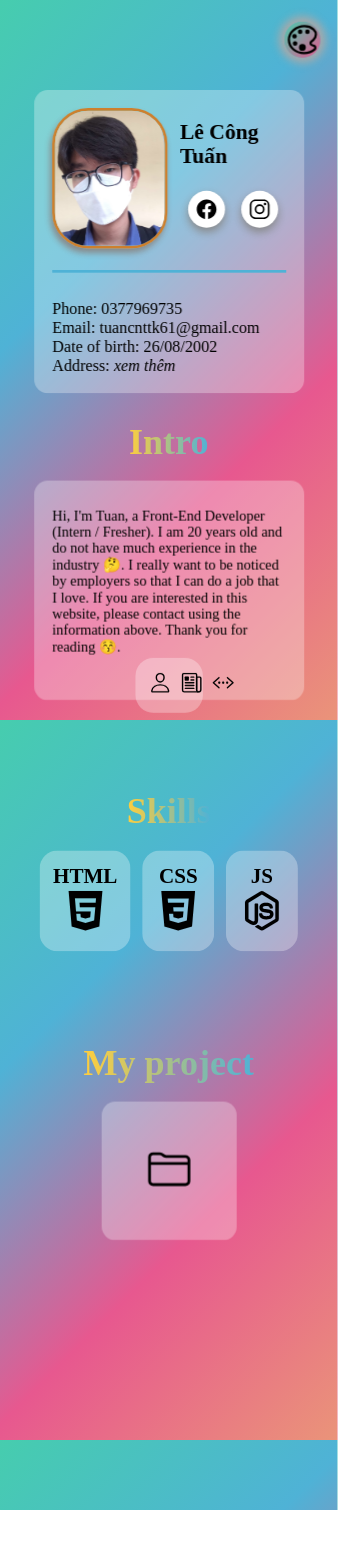
Repository: LeCongTuan2608/Profile
Page: index.html
An editor plug-in stored every save of this project. The page is shown before and after the next save, followed by the edit.
The browser window is 375 px wide. The pictures show the whole page, at 90% of full size.
Backgrounds fixed to the window are drawn as part of the page. The style sheet was rebuilt from its Sass, Less or Tailwind sources for each picture, by a compiler version that may differ from the author's.

Above is the page before, as saved 2022-05-05 12:35:13.

### index.html
<!DOCTYPE html>
<html lang="en">
   <head>
      <meta charset="UTF-8" />
      <meta http-equiv="X-UA-Compatible" content="IE=edge" />
      <meta name="viewport" content="width=device-width, initial-scale=1.0" />

      <script type="module" src="https://unpkg.com/ionicons@5.5.2/dist/ionicons/ionicons.esm.js"></script>
      <script nomodule src="https://unpkg.com/ionicons@5.5.2/dist/ionicons/ionicons.js"></script>

      <link rel="preconnect" href="https://fonts.googleapis.com" />
      <link rel="preconnect" href="https://fonts.gstatic.com" crossorigin />
      <link href="https://fonts.googleapis.com/css2?family=Pacifico&display=swap" rel="stylesheet" />

      <link href="https://unpkg.com/aos@2.3.1/dist/aos.css" rel="stylesheet" />
      <script src="https://unpkg.com/aos@2.3.1/dist/aos.js"></script>

      <link rel="stylesheet" href="./sass/css/style.css" />
      <title>Profile</title>
   </head>
   <body>
      <div class="container">
         <div class="palette">
            <ion-icon name="color-palette-outline"></ion-icon>
            <div class="list-color">
               <ul>
                  <li class="bgr-color"></li>
                  <li class="bgr-color"></li>
                  <li class="bgr-color"></li>
               </ul>
            </div>
         </div>

         <div class="contents">
            <div data-aos="flip-left" data-aos-duration="1500">
               <div class="card-info">
                  <div class="personal-information">
                     <div class="image">
                        <div class="user-image">
                           <img src="./images/1.JPG" alt="" />
                        </div>
                        <div class="user-intro">
                           <h2>Lê Công Tuấn</h2>
                           <div class="user-intro-navigation">
                              <div class="navigation-fb">
                                 <a href="https://www.facebook.com/profile.php?id=100026041985048"
                                    ><ion-icon name="logo-facebook"></ion-icon
                                 ></a>
                                 <span>facebook</span>
                              </div>
                              <div class="navigation-ins">
                                 <a href="https://www.instagram.com/tuanle2608/"
                                    ><ion-icon name="logo-instagram"></ion-icon
                                 ></a>
                                 <span>instagram</span>
                              </div>
                           </div>
                        </div>
                     </div>
                     <div class="contact">
                        <div class="contact-info">
                           <span>Phone: 0377969735</span>
                           <span>Email: tuancnttk61@gmail.com</span>
                        </div>
                        <div class="contact-info">
                           <span>Date of birth: 26/08/2002</span>
                           <span>Address: <i id="see">xem thêm</i></span>
                        </div>
                     </div>
                  </div>
               </div>
            </div>
            <div class="card-intro">
               <div class="intro-yourself">
                  <div class="title">
                     <div data-aos="fade-up" data-aos-duration="1000">
                        <h1>Intro</h1>
                     </div>
                  </div>
                  <div data-aos="flip-down" data-aos-duration="1000">
                     <div class="intro-content">
                        <p>
                           Hi, I'm Tuan, a Front-End Developer (Intern / Fresher). I am 20 years old and do not have
                           much experience in the industry 🤔. I really want to be noticed by employers so that I can do
                           a job that I love. If you are interested in this website, please contact using the
                           information above. Thank you for reading 😚.
                        </p>
                     </div>
                  </div>
               </div>

               <div class="my-skills">
                  <div class="title">
                     <div data-aos="fade-down" data-aos-easing="linear" data-aos-duration="300">
                        <h1>Skills</h1>
                     </div>
                  </div>
                  <div class="skills-content">
                     <div class="list-skills">
                        <div data-aos="fade-right">
                           <h3>HTML</h3>
                           <ion-icon name="logo-html5"></ion-icon>
                        </div>

                        <div data-aos="fade-down">
                           <h3>CSS</h3>
                           <ion-icon name="logo-css3"></ion-icon>
                        </div>

                        <div data-aos="fade-left">
                           <h3>JS</h3>
                           <ion-icon name="logo-nodejs"></ion-icon>
                        </div>
                     </div>
                  </div>
               </div>

               <div class="my-project">
                  <div class="title">
                     <div data-aos="fade-up" data-aos-anchor-placement="bottom-bottom">
                        <h1>My project</h1>
                     </div>
                  </div>
                  <div class="project-box">
                     <div data-aos="zoom-in">
                        <div class="box">
                           <ion-icon name="folder-outline"></ion-icon>
                        </div>
                     </div>
                  </div>
               </div>
            </div>
         </div>

         <div class="box-container">
            <div class="list-project">
               <div class="close">
                  <ion-icon name="close-circle-outline"></ion-icon>
               </div>

               <ul>
                  <li>
                     <a href="https://lecongtuan2608.github.io/Youtube/">https://lecongtuan2608.github.io/Youtube/</a>
                  </li>
                  <li><a href="https://lecongtuan2608.github.io/music/">https://lecongtuan2608.github.io/music/</a></li>
               </ul>
            </div>
         </div>
         <div class="toolbar">
            <div class="tollbar-list">
               <ul>
                  <li><ion-icon name="person-outline"></ion-icon></li>
                  <li><ion-icon name="newspaper-outline"></ion-icon></li>
                  <li><ion-icon name="code-working-outline"></ion-icon></li>
               </ul>
            </div>
         </div>
      </div>
   </body>
   <script>
      AOS.init();
   </script>
   <script src="./js/app.js"></script>
</html>

### js/app.js
const open_project = document.querySelector('.box');
const box_container = document.querySelector('.box-container');
const close_box = document.querySelector('.close');
const list_project = document.querySelector('.list-project');
open_project.addEventListener('click', function () {
   box_container.classList.add('open');
});
close_box.addEventListener('click', function () {
   box_container.classList.remove('open');
});
box_container.addEventListener('click', function () {
   box_container.classList.remove('open');
});
list_project.addEventListener('click', function (event) {
   event.stopPropagation();
});

const palette = document.querySelector('.palette');
var bgr_colors = document.querySelectorAll('.bgr-color');
const container = document.querySelector('.container');
const text_colors = document.querySelectorAll('.title h1');
function bgr_change() {
   for (let i = 0; i < bgr_colors.length; i++) {
      bgr_colors[i].addEventListener('click', function () {
         bgr_colors = i;
         if (bgr_colors == 0) {
            for (let text_color of text_colors) {
               text_color.classList.remove('text-color-2');
               text_color.classList.remove('text-color-3');
               text_color.classList.add('text-color-1');
            }
            container.classList.remove('bgr-color-2');
            container.classList.remove('bgr-color-3');
            container.classList.add('bgr-color-1');
         } else if (bgr_colors == 1) {
            for (let text_color of text_colors) {
               text_color.classList.remove('text-color-1');
               text_color.classList.remove('text-color-3');
               text_color.classList.add('text-color-2');
            }
            container.classList.remove('bgr-color-1');
            container.classList.remove('bgr-color-3');
            container.classList.add('bgr-color-2');
         } else if (bgr_colors == 2) {
            for (let text_color of text_colors) {
               text_color.classList.remove('text-color-1');
               text_color.classList.remove('text-color-2');
               text_color.classList.add('text-color-3');
            }
            container.classList.remove('bgr-color-1');
            container.classList.remove('bgr-color-2');
            container.classList.add('bgr-color-3');
         }
      });
   }
}
bgr_change();

### sass/style.scss
*{
    margin: 0;
    padding: 0;
}
html{
    width: 100%;
    height: 100%;
    padding: 0;
    margin: 0;
    font-family: 'Fredoka One', cursive;

}
body{
    width: 100%;
    height: auto;

}
.container{
    padding-top: 100px;
    padding-bottom: 200px;
    width: 100%;
    height: auto;
    position: relative;
    background-image: linear-gradient(-45deg, #ea9479, #e7588f, #4fb2d6, #46cdae);
    background-attachment: fixed;
}
.bgr-color-1{
    background-image: linear-gradient(90deg, #74EBD5 0%, #9FACE6 100%);
    background-attachment: fixed;
}
.bgr-color-2{
    background-image: linear-gradient(to right, #eea2a2 0%, #bbc1bf 19%, #57c6e1 42%, #b49fda 79%, #7ac5d8 100%);
    background-attachment: fixed;
}
.bgr-color-3{
    background-image: linear-gradient(to top, #88d3ce 0%, #6e45e2 100%);
    background-attachment: fixed;
}
.palette{
    position: fixed;
    top: 3%;
    right: 5%;
    font-size: 40px;
}
.list-color ul{
    position: absolute;
}
.palette:hover ul li{
    display: block;
}
// chọn màu bgr
.list-color ul li:first-child{
    margin-bottom: 10px;
    background-image: linear-gradient(90deg, #74EBD5 0%, #9FACE6 100%);
}
.list-color ul li:nth-of-type(2){
    margin-bottom: 10px;
    background-image: linear-gradient(to right, #eea2a2 0%, #bbc1bf 19%, #57c6e1 42%, #b49fda 79%, #7ac5d8 100%);
}
.list-color ul li:last-child{
    background-image: linear-gradient(to top, #88d3ce 0%, #6e45e2 100%);

}

.list-color ul li{
    list-style-type: none;
    display: none;
    width: 40px;
    height: 40px;
    border-radius: 100rem;
    box-shadow: #3d3d3d -1px 2px 5px 2px;

}
.toolbar{
    width:  20%;
    border-radius: 20px;
    position: fixed;
    font-size: 25px;
    left: 50%;
    transform: translateX(-50%);
    bottom: 1%;
    background-color: rgba($color: white, $alpha: 0.3);
}
.tollbar-list{
    padding: 10px;
}
.toolbar ul{
    display: flex;
    justify-content: space-around;
}
.toolbar ul li {
    list-style-type: none;
    display: inline;
    border-radius: 100rem;
    cursor: pointer;
}
.toolbar ul li ion-icon{
    padding: 5px;
}
.toolbar ul li:hover {
background-color: #a5e296;
}
.palette ion-icon{
    background-image: linear-gradient(-45deg, #e7588f,#46cdae);
    border-radius: 100rem;
    box-shadow: #a9a9a9 0px 0px 10px 6px;
    cursor: pointer;
}
.contents{
    width: 100%;
    display: flex;
    flex-wrap: wrap;
    align-content: center;
    flex-direction: column;
}
.contents > div{
    width: 60%;
}
.card-info{
    background-color: rgba($color: white, $alpha: 0.3);
    border-radius: 15px;
}
.personal-information{
    padding: 20px;
    display: flex;

}
.image{
    display: flex;
    flex: 1;
    border-right: 3px solid;
    border-color:#4fb2d6;
    padding-right: 20px;
}
.user-image{
    width: 150px;
    height: 150px;
    // border: 3px solid;
    // border-image-source: linear-gradient(to top, #f64f59, #9634c8);
    // border-image-slice :1;
}
.user-image img{
    width: 100%;
    height: 100%;
    object-fit: cover;
    border-radius: 40px;
    border: solid;
    border-color: #cd802e;
    box-shadow: rgb(137, 137, 137) -2px 5px 7px 0px;


}
.user-intro{
    display: flex;
    margin-left: 20px;
    flex-direction: column;
    justify-content: space-around;
}
.user-intro-navigation{
    display: flex;
    justify-content: space-around;
}
.user-intro-navigation a{
    color: black;
    text-decoration: none;
}
.user-intro-navigation a > ion-icon{
    font-size: 25px;
    border-radius: 100rem;
    padding: 8px;
    background-color: white;
    box-shadow: rgb(137, 137, 137) 0px 5px 10px 0px;
}
.navigation-fb{
    position: relative;
}
.navigation-fb span{
    display: none;
}
.navigation-fb a > ion-icon:hover{
    background-color: rgb(153, 159, 248);
}
.navigation-fb:hover span{
    position: absolute;
    display: block;
    background-color: rgb(153, 159, 248);
    border-radius: 40px;
    padding: 5px;
    font-size: 18px;
    top: -95%;
    left: -50%;
    font-weight: 700;
    animation: intro ease 0.5s;
    z-index: 2;
}
.navigation-fb:hover::after{
    position: absolute;
    content: "";
    width: 13px;
    height: 13px;
    background-color: rgb(153, 159, 248);
    clip-path: polygon(50% 100%, 0 0, 100% 0);
    top: -25%;
    left: 30%;
    animation: intro ease 0.5s;
    z-index: 1;
}


.navigation-ins{
    position: relative;
}
.navigation-ins span{
    display: none;
}
.navigation-ins a > ion-icon:hover{
    background-color: rgb(64, 173, 177);
}
.navigation-ins:hover span{
    position: absolute;
    display: block;
    background-color: rgb(64, 173, 177);
    border-radius: 40px;
    padding: 5px;
    font-size: 18px;
    top: -95%;
    left: -50%;
    font-weight: 700;
    animation: intro ease 0.5s;
    z-index: 2;
}
.navigation-ins:hover::after{
    position: absolute;
    content: "";
    width: 13px;
    height: 13px;
    background-color: rgb(64, 173, 177);
    clip-path: polygon(50% 100%, 0 0, 100% 0);
    top: -25%;
    left: 30%;
    animation: intro ease 0.5s;
    z-index: 1;
}
.contact{
    flex: 1;
    display: flex;
    padding-left: 20px;
}
.contact-info{
    flex: 1;
    display: flex;
    flex-direction: column;
    justify-content: space-around;
}
.contact-info span{
    font-size: 18px;
    overflow: hidden;
}

.card-intro{
    margin-top: 30px;
    width: 60%;

}
.intro-yourself{
    margin: 30px 0 100px 0;
}
.title{
    text-align: center;
    margin-bottom: 20px;
    font-size: 20px;
}
.title h1{
    display: inline-block;
    background-image: linear-gradient( to right,#ffce3d, #4fb2d6);
    color: transparent;
    -webkit-background-clip: text;
    background-clip: text;
}
// đổi màu text
.text-color-1{
    background-image: linear-gradient(-225deg, #AC32E4 0%, #7918F2 48%, #4801FF 100%) !important;
}
.text-color-2{
    background-image: linear-gradient(-225deg, #A445B2 0%, #D41872 52%, #FF0066 100%) !important;
}
.text-color-3{
    background-image: linear-gradient(to top, #50cc7f 0%, #f5d100 100%) !important;
}

//===============
.intro-content{
    padding: 30px 20px 50px 20px;
    background-color: rgba($color: white, $alpha: 0.3);
    border-radius: 15px;
}

.my-skills {
    margin: 30px 0 100px 0;
}
.skills-content .list-skills{
    display: flex;
    justify-content: space-around;
}
.skills-content .list-skills div{
    padding: 5%;
    border-radius: 20px;
    background-color: rgba(255, 255, 255, 0.3);
    list-style-type: none;
    display: inline;
    text-align: center;
    font-size: 20px;
}

.skills-content .list-skills div ion-icon{
    font-size: 50px;
}
.my-project{
    margin: 30px 0 100px 0;

}
.project-box{
    display: flex;
    justify-content: center;
}
.box{
    background-color: rgba($color: white, $alpha: 0.3);
    border-radius: 15px;
    text-align: center;
    cursor: pointer;
}
.box:hover{
    transition-duration: 0.5s;
    transform: scale(1.1, 1.1);
    box-shadow: rgba(130, 130, 130, 0.773) 0px 1px 5px 2px;
}
.box > ion-icon{
    font-size: 50px;
    padding: 50px;
}
.box-container{
    position: fixed;
    top:0;
    left: 0;
    right: 0;
    bottom: 0;
    background-color: rgba( rgb(186, 186, 186), 0.5);
    display: none;
}
.open{
    display: block;
}
.list-project{
    position: absolute;
    left: 30%;
    right: 30%;
    top: 50%;
    transform: translateY(-50%);
    border-radius: 15px;
    background-color: white;
    box-shadow: rgb(137, 137, 137) 0px 5px 10px 0px;
    text-align: center;
    animation: intro ease 1s;

}
.close{
    position: absolute;
    width: 30px;
    height: 30px;
    right: 2%;
    top: 2%;
    font-size: 25px;
    cursor: pointer;
}
.list-project ion-icon:hover{
    color: red;
    border-radius: 100rem;

}
.list-project ul{
    padding: 50px 10px 30px 10px;
}
.list-project ul li{
    list-style-type: none;
}
.list-project ul li a{
    text-decoration: none;
    color: black;
}
.list-project ul li a:hover{
    color: rgb(53, 138, 213);
}
@keyframes intro{
    from {
        transform: translateY((100%));
    }
    to{
        transform: translateY((-50%));
    }
}
@media screen and (max-width:1060px) {
    .contents {
        display: block;
    }
    .contents > div{
        margin: 0 10% 0 10%;
        width: 80%;
    }
}
@media screen and (max-width:820px) {
    .contents {
        display: block;
    }
    .personal-information{
        display: block;
    }
    .image{
        border-right: none;
        border-bottom: 3px solid;
        border-color: #4fb2d6;
        padding-right: 0;
        padding-bottom: 30px;
    }
    .contact{
        padding-top: 30px;
        padding-left: 0px;

    }
}
@media screen and (max-width:567px){
    .image{
        border-right: none;
        border-bottom: 3px solid;
        border-color: #4fb2d6;
        padding-right: 0;
        padding-bottom: 30px;
    }
    .contact{
        padding-top: 30px;
        display: block;
    }
}

After the next save:
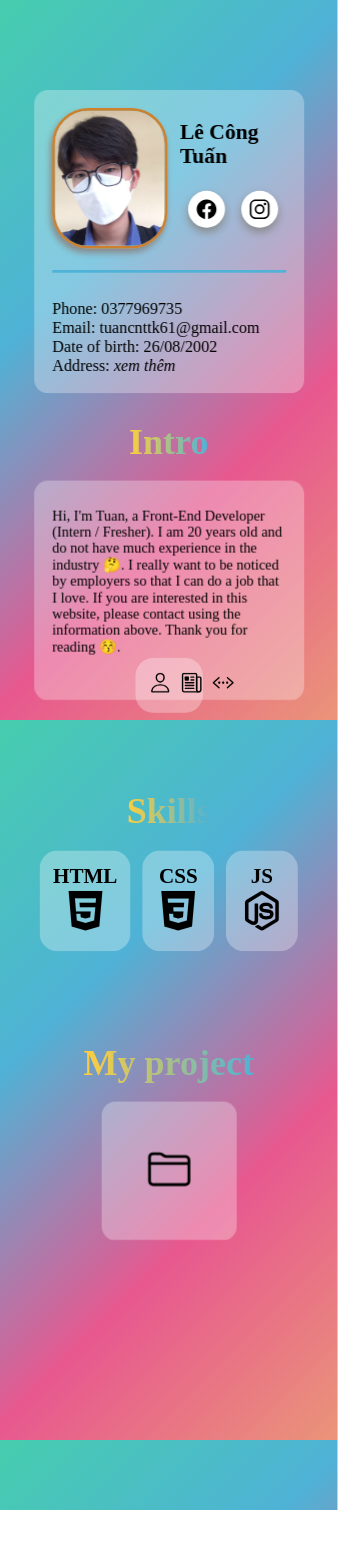
Saved 5 min 10 s later.
--- a/sass/style.scss
+++ b/sass/style.scss
@@ -440,3 +440,8 @@ background-color: #a5e296;
         display: block;
     }
 }
+@media screen and (max-width:390px){
+    .palette{
+        display: none;
+    }
+}
